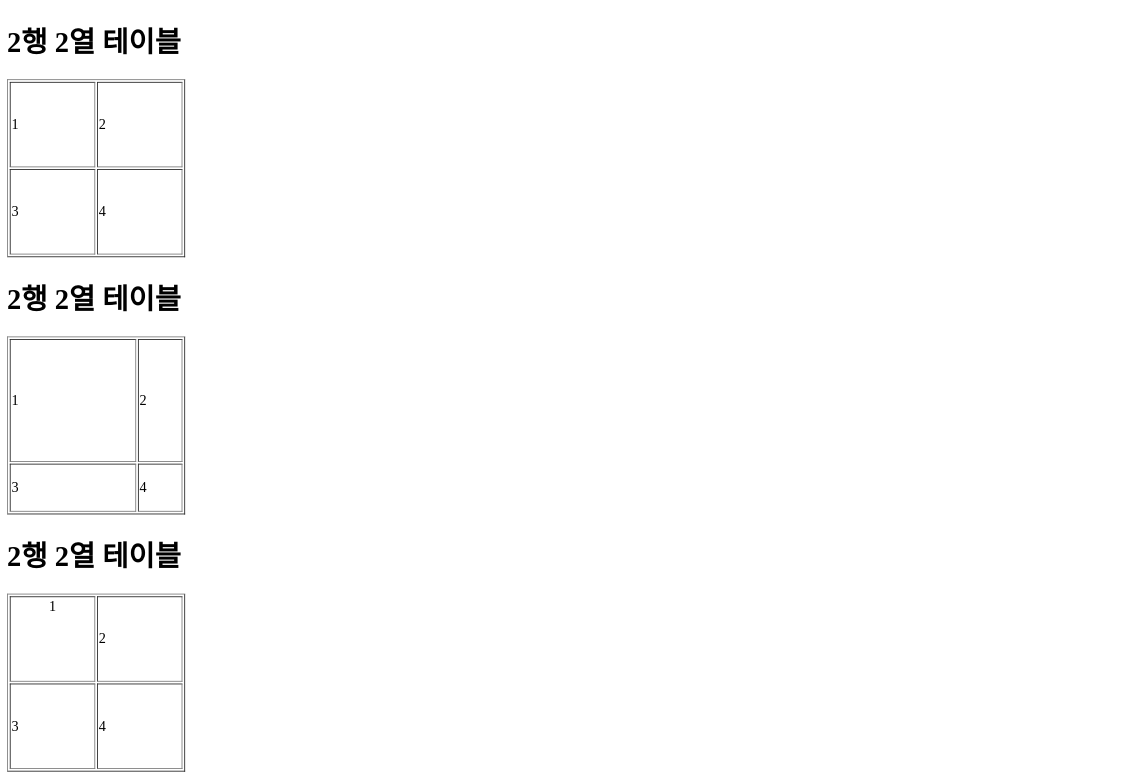
Repository: chanjin5212/Full-Stack-study
Page: client/ClientTest/src/main/webapp/html/ex15_table.html
An editor plug-in stored every save of this project. The page is shown before and after the next save, followed by the edit.
The browser window is 1280 px wide. The pictures show the whole page, at 89% of full size.

Above is the page before, as saved 2022-05-24 06:30:32.

### client/ClientTest/src/main/webapp/html/ex15_table.html
<!DOCTYPE html>
<html>
<head>
<meta charset="UTF-8">
<title>Insert title here</title>
</head>
<body>
	<!-- ex15_table.html -->

	<!--

		표, Table

		1. <table>
			- 큰상자
			- 전체 컨테이너

		2. <tr>
			- 중간상자
			- table row
			- 행 역할

		3. <td>
			- 작은 상자
			- table data
			- 셀 역할
			- 데이터를 저장하는 역할

	 -->
	 <h1>2행 2열 테이블</h1>

	 <table border="1" width="200" height="200">
	 	<tr>
	 		<td>1</td>
	 		<td>2</td>
	 	</tr>
	 	<tr>
	 		<td>3</td>
	 		<td>4</td>
	 	</tr>
	 </table>


	 <h1>2행 2열 테이블</h1>

	 <table border="1" width="200" height="200">
	 	<tr>
	 		<td width="150">1</td>
	 		<td width="50">2</td>
	 	</tr>
	 	<tr>
	 		<td height="50">3</td>
	 		<td>4</td>
	 	</tr>
	 </table>


	 <h1>2행 2열 테이블</h1>

	 <table border="1" width="200" height="200">
	 	<tr>
	 		<td align="center" valign="top">1</td>
	 		<td>2</td>
	 	</tr>
	 	<tr>
	 		<td>3</td>
	 		<td>4</td>
	 	</tr>
	 </table>


</body>
</html>

After the next save:
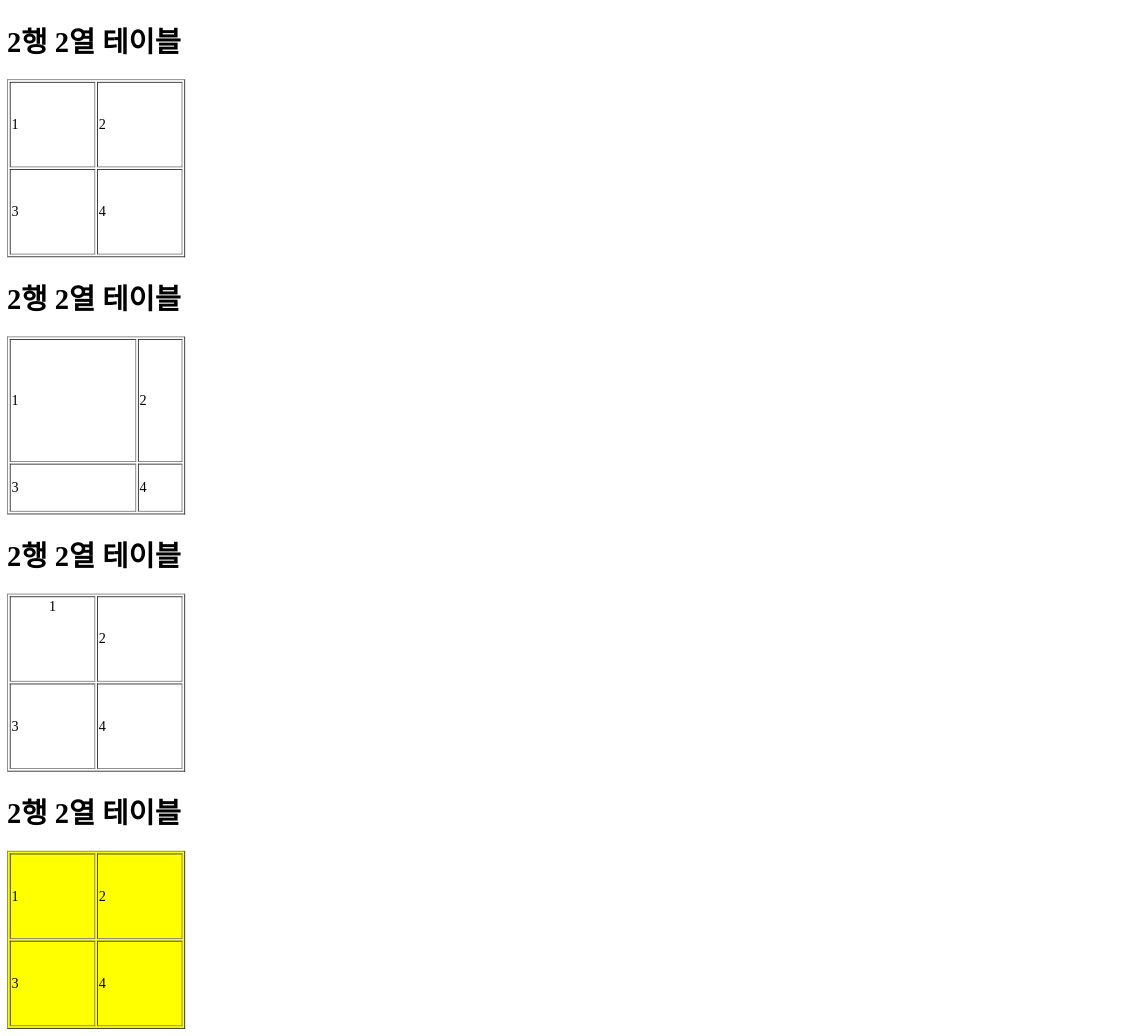
Saved 72 s later.
--- a/client/ClientTest/src/main/webapp/html/ex15_table.html
+++ b/client/ClientTest/src/main/webapp/html/ex15_table.html
@@ -68,6 +68,19 @@
 	 	</tr>
 	 </table>
 
+	 <h1>2행 2열 테이블</h1>
+
+	 <table border="1" width="200" height="200" bgcolor="yellow">
+	 	<tr>
+	 		<td>1</td>
+	 		<td>2</td>
+	 	</tr>
+	 	<tr>
+	 		<td>3</td>
+	 		<td>4</td>
+	 	</tr>
+	 </table>
+
 
 </body>
 </html>
